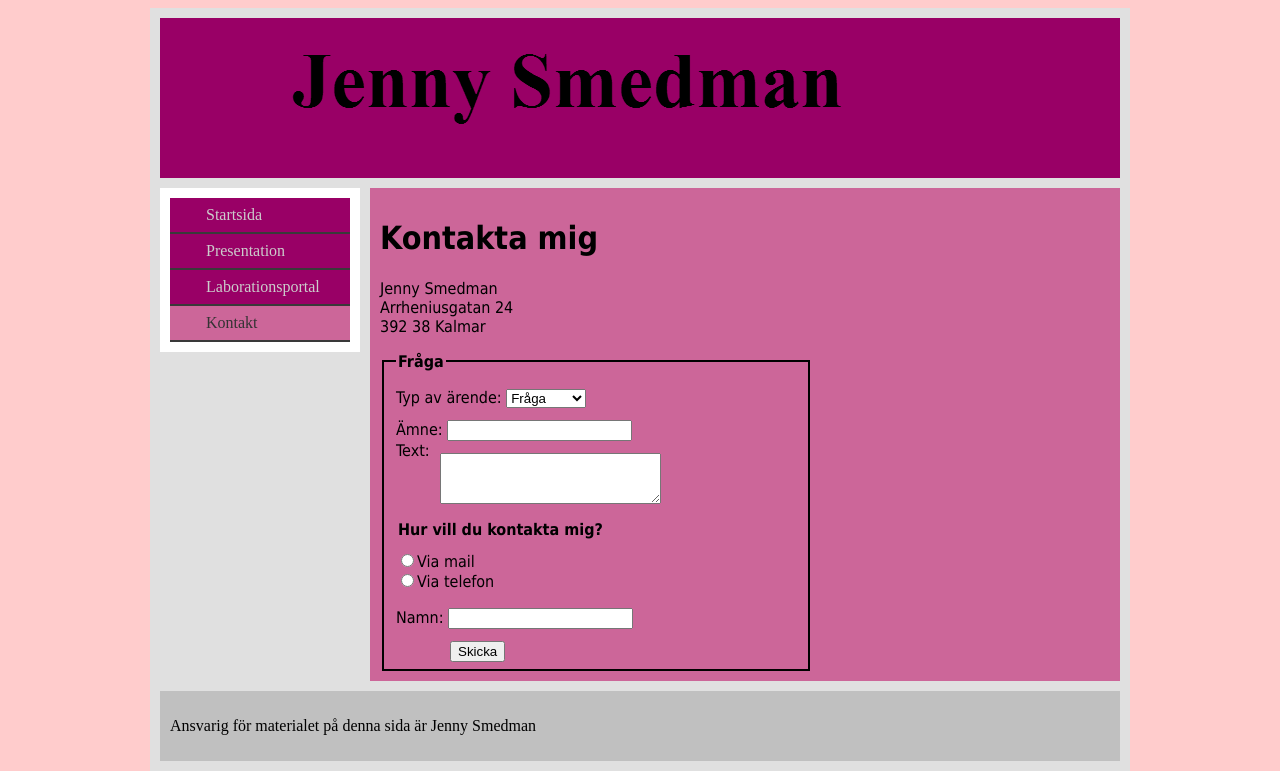
Repository: js223mx/1ik415-js223mx-laborationer
Page: pages/kontakt.html
The author's editor kept a record of every edit. The page is drawn from the files as they stood at one moment, then again after the next edit.
The browser window is 1280 px wide. The pictures show the whole page.

Above is the page before.

### pages/kontakt.html
<!doctype html>
<html lang="sv" >

    <head>

            <meta charset="utf-8" />
            <title>Kontakta mig</title>
            <link rel="stylesheet" type="text/css" href="../css/style.css">

    </head>
    <body>
    <div id="container">

            <div id="header">
            <div class="loggodiv"></div>
            </div>


            <div id="navigation">
             <ul>
                <li><a href="../index.html">Startsida</a></li>
                <li><a href="presentation.html">Presentation</a></li>
                <li><a href="laborationer.html">Laborationsportal</a></li>
                <li><a href="kontakt.html" class="active">Kontakt</a></li>

            </ul>
            </div>

             <div id="content">
             <h1>Kontakta mig</h1>
                <p>Jenny Smedman<br>
                    Arrheniusgatan 24<br>
                    392 38 Kalmar
                </p>


                <form id="contactform" action="http://voyager.lnu.se/tekinet/kurser/dtt/wp_webbintro/form.php" method="post">
                    <fieldset id=fieldset>
                        <legend id="legend">Fråga</legend>
                        Typ av ärende:
                        <select id="select">
                           <option value="Fråga">Fråga</option>
                           <option value="Komentar">Komentar</option>
                        </select><br>
                        <label for="Ämne">Ämne:</label>
                        <input name="Ämne" id="Ämne" type="text"><br>
                        <label for="Textlabel" id="Textlabel">Text:</label>
                        <textarea name="Text" id="Text" cols="25" rows="3"></textarea>

                        <legend id="legend">Hur vill du kontakta mig?</legend>
                        <input type="radio" name="Kontakttyp" value="Via mail">Via mail<br>
                        <input type="radio" name="Kontakttyp" value="Via telefon">Via telefon<br>

                           Namn: <input type="text" name="Namn" id="name"><br>
                          <input type="submit" value="Skicka" id="submit">

                       </fieldset>
                </form>
                </div>

             <div id="footer">
             <p>Ansvarig för materialet på denna sida är Jenny Smedman</p>
             </div>
     </div>
    </body>


</html>

### css/style.css
html {
    height: 100%;
}
body {
    background-color: #FFCCCC;
    min-height: 100% !important;
    height: 100;
}
#container {
    width: 960px;
    margin-left: auto;
    margin-right: auto;
}
#navigation {
    width: 180px;
    float: left;
    background-color: #FFFFFF;
    height: 100%;
    margin-right: 10px;
}
#content {
    overflow: scroll;
    background-color: #CC6699;
    height: 100%;
    font-family: "Tahoma", Geneva, sans-serif;
}
#header {
    background-color: #990066;
    width: 940px;
    margin-bottom: 10px;
}
#footer {
    background-color: #C0C0C0;
    margin-top: 10px;
}
/* body backgroundcolor: #FFCCCC
    navigation backgroundcolor: #FFFFFF
    content backgroundcolor: #CC6699
    header backgroundcolor: #990066
    footer backgroundcolor: #C0C0C0 */

div {
    padding: 10px;
    background-color: #E0E0E0;
}
ul {
    list-style-type:none;
    padding-left: 0;
    margin: 0;
}

h1 {
    font-size: 200%;
}
h2 {
    font-size: 150%;

}
h3:before {
    font-size: 125%;
}
p {
    font-size: 100%;

}
.h3{
    border-bottom: 2px solid #000000;
    background-color:transparent;
}
.h3:before{
    background: url("text.png") no-repeat;
    width: 46px;
    height: 44px;
    content:"";
    float: left;
    display: block;
    margin: 5px 5px 5px 0;
}
.welcome {
    font-size: 250%;
    font-family: "Tahoma", Geneva, sans-serif;
    font-weight: bold;
}
#signed {
    font-style: oblique;
    font-weight: bold;
    font-size: 80%;
}
#video
{
    margin-bottom:0px;
}
#blogg {
    margin-bottom:0px;
}
#content a {
    text-decoration: none;
    color: #FFFFFF;
}
#content a:hover {
    text-decoration: underline;
}
/*navigation---------------------------------------------------------*/

#navigation a:hover
{
    background: #CC6699;
	color: #fff;
}
#navigation a {
    background: #990066;
	border-bottom: 2px solid #393939;
	color: #ccc;
	display: block;
	margin: 0px;
	padding: 8px 12px;
	text-decoration: none;
	text-indent: 24px;
}
#navigation .active {
    background-color: #CC6699;
	color: #333;
}
/*table---------------------------------------------------------*/
#table, td, th{
    border:3px solid black;
    background-color:white;
    padding: 15px;
}
.list-title
{
    font-weight:bold;
}

/*form---------------------------------------------------------*/

#legend {
    font-weight: bold;
    margin-bottom: 12px;
}
#fieldset {
    border: 2px solid black;
    width: 400px;
    height: 300px;

}
#select {
    margin-bottom: 12px;
}
#Text {
    margin-top: 12px;
    margin-bottom: 12px;
    margin-left: 10px;
}
#Textlabel {
    float:left;
    margin-bottom: 17px;
}
#name {
    margin-top: 17px;
}
#submit {
    margin-top: 12px;
    margin-left: 54px;

}


/*images---------------------------------------------------------*/
#daisy {
    float: right;
    padding:1px;
    border:3px solid #990066;
    background-color:#990066;
}
.loggodiv {
    background: url("min-logga.png") no-repeat;
    height: 120px;
    margin-left: auto;
    margin-right: auto;
}

After the next edit:
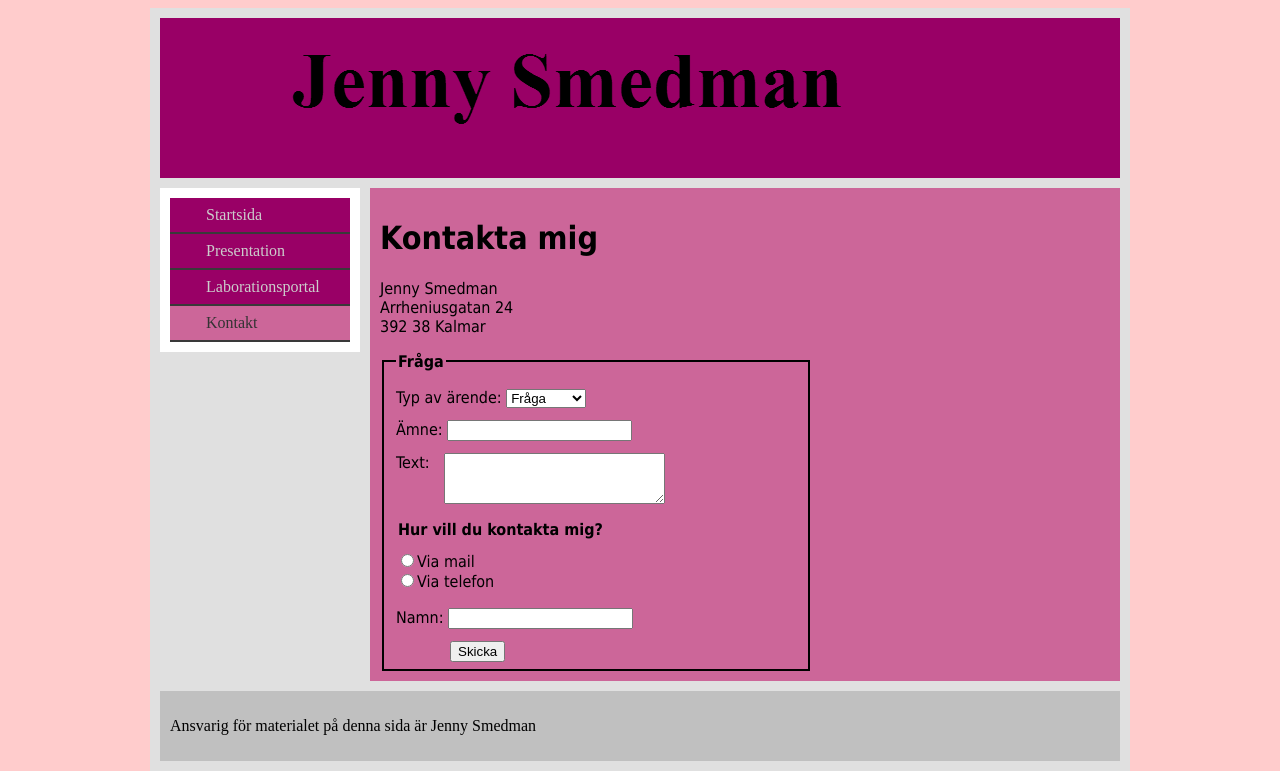
The edit:
--- a/css/style.css
+++ b/css/style.css
@@ -153,8 +153,8 @@
     margin-left: 10px;
 }
 #Textlabel {
-    float:left;
-    margin-bottom: 17px;
+    position: relative;
+    bottom: 48px;
 }
 #name {
     margin-top: 17px;
